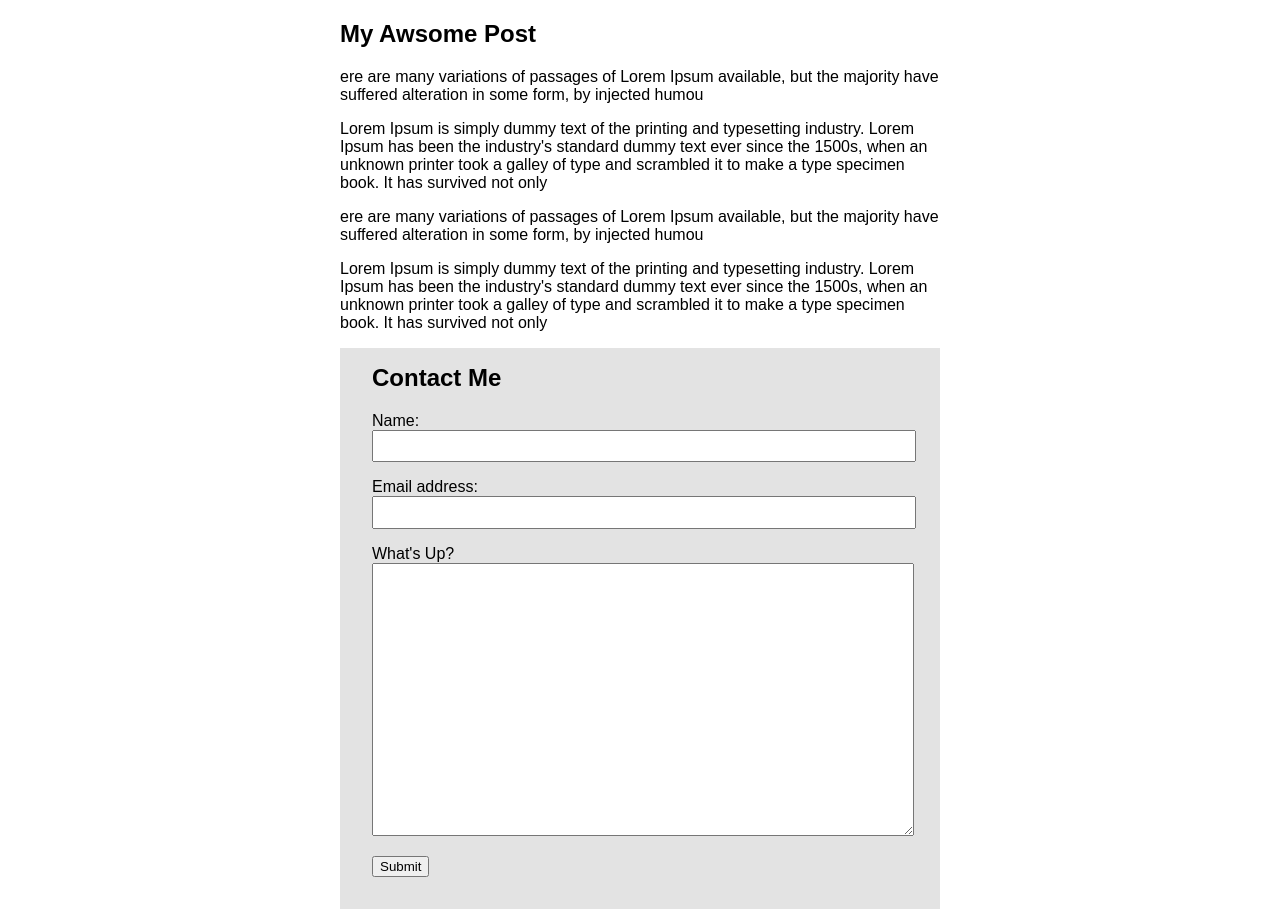
Repository: nema38/30DaysTrainning
Page: 30Days08/index.html
An editor plug-in stored every save of this project. The page is shown before and after the next save, followed by the edit.
The browser window is 1280 px wide. The pictures show the whole page.
Some web libraries are served in a nearby version.

Above is the page before, as saved 2014-04-16 17:50:01.

After the next save:
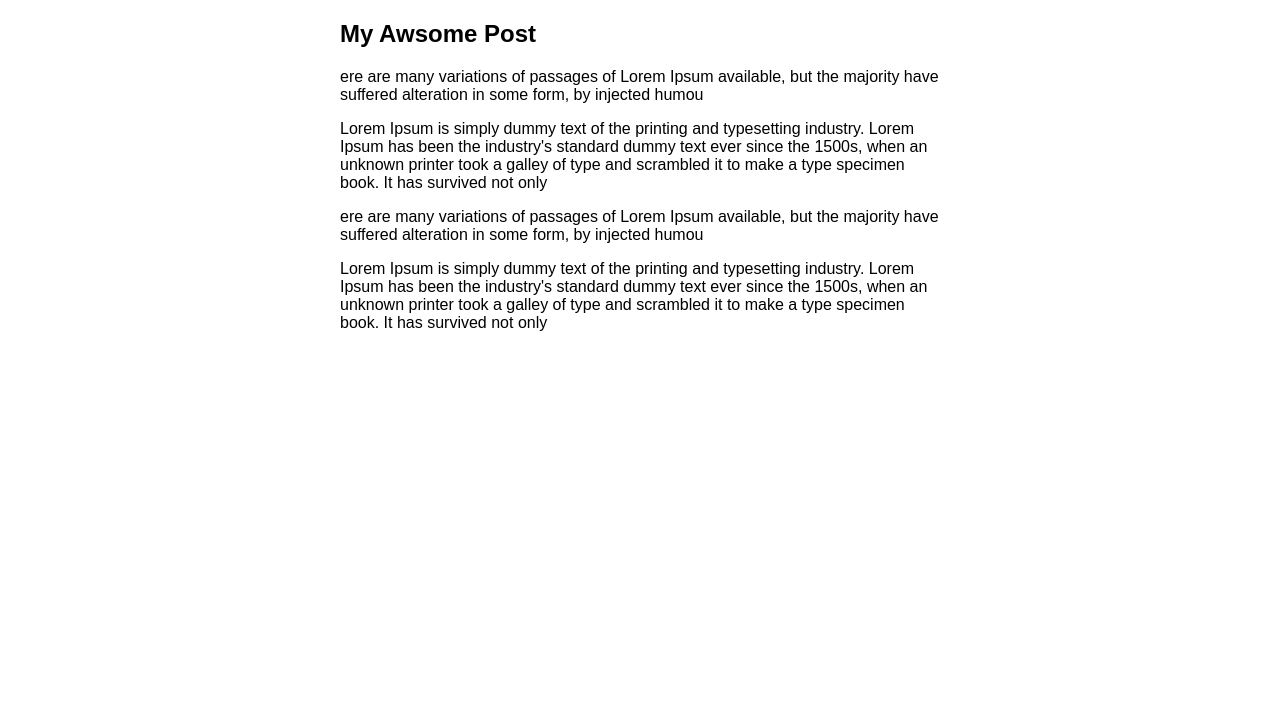
Saved 21 min 17 s later.
--- a/30Days08/index.html
+++ b/30Days08/index.html
@@ -81,5 +81,11 @@
 
 		<script src="http://ajax.googleapis.com/ajax/libs/jquery/1.11.0/jquery.min.js"></script>
 
+		<script>
+			(function() {
+				$('html').addClass('js');
+			})();
+		</script>
+
 	</body>
 </html>
